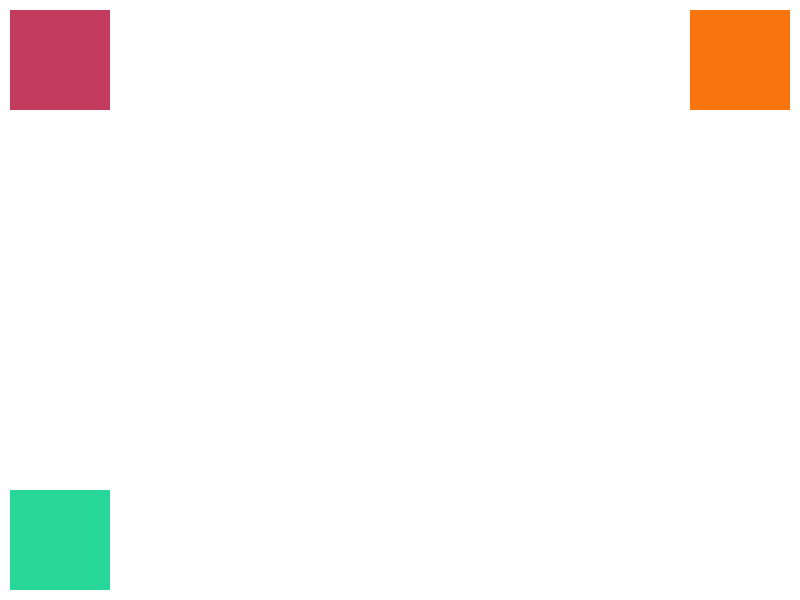
Repository: vitmac1/eclipse-workspace-project
Program's window: java exercicios-javafx/src/layout/AppLayout.java
These files come from the project's save history. The program's window is drawn as it stood at one moment and after the next save; the edit follows.
It runs on Java 21 on a 1366 x 768 screen with JavaFX 11; the title bar is not drawn.

Above is the program's window before, as saved 2022-10-20 20:56:45.

After the next save:
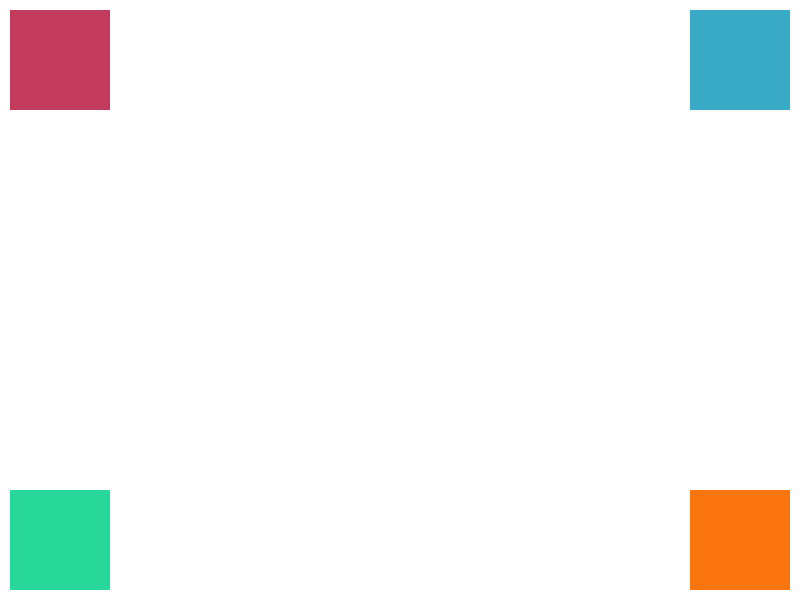
Saved 47 s later.
--- a/exercicios-javafx/src/layout/TesteAnchorPane.java
+++ b/exercicios-javafx/src/layout/TesteAnchorPane.java
@@ -19,7 +19,7 @@
 		setLeftAnchor(q3, 10.0);
 
 		Quadrado q4 = new Quadrado();
-		setTopAnchor(q4, 10.0);
+		setBottomAnchor(q4, 10.0);
 		setRightAnchor(q4, 10.0);
 
 		getChildren().addAll(q1, q2, q3, q4);
